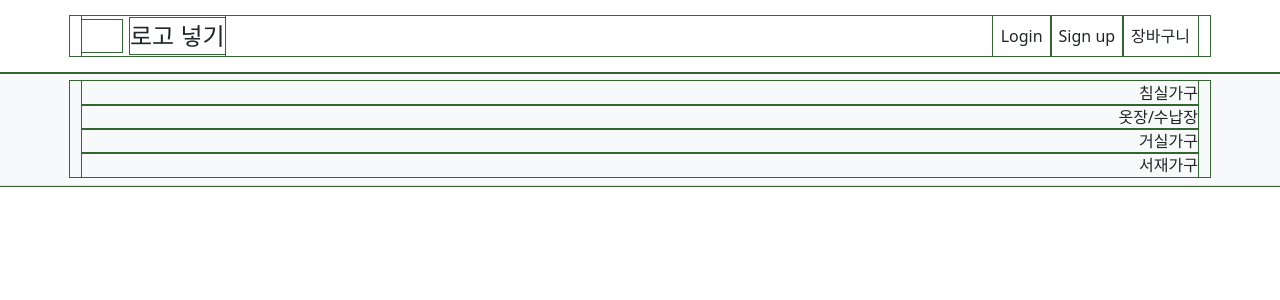
Repository: raoniee/Elice-House-Project
Page: FE/src/components/header/header.html
An editor plug-in stored every save of this project. The page is shown before and after the next save, followed by the edit.
The browser window is 1280 px wide. The pictures show the whole page.

Above is the page before, as saved 2023-07-04 16:27:14.

After the next save:
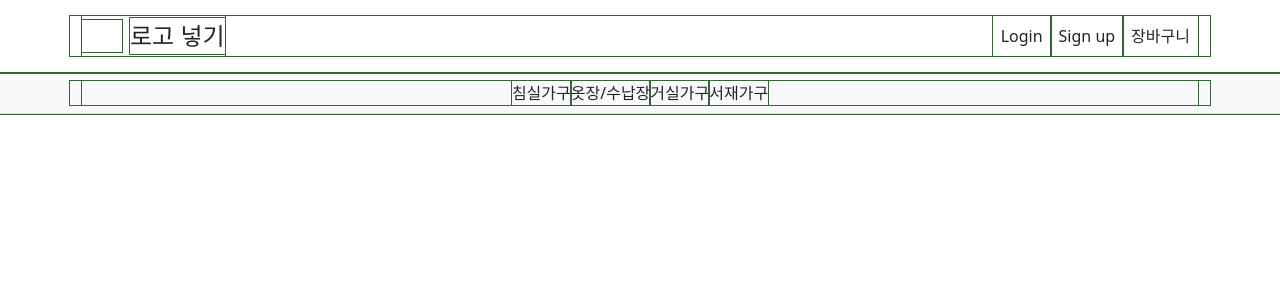
Saved 23 s later.
--- a/FE/src/components/header/header.html
+++ b/FE/src/components/header/header.html
@@ -45,7 +45,7 @@
     </header>
     <nav class="py-2 bg-light border-bottom">
       <div class="container">
-        <ul class="navbar-nav me-auto mb-2 mb-lg-0 justify-content-center">
+        <ul class="nav justify-content-center">
           <li class="nav-item">
             <div class="dropdown text-end">
               <a
